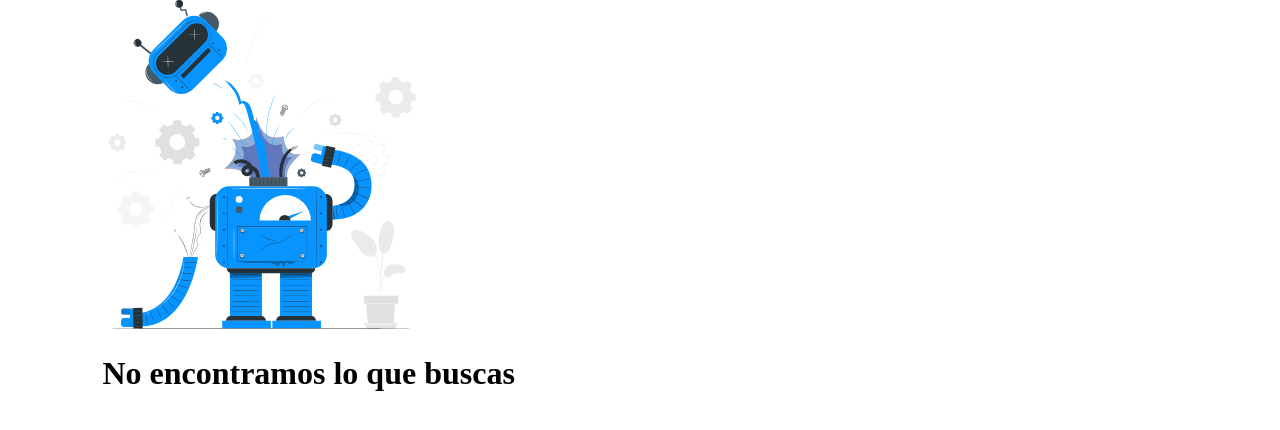
Repository: FabioMadrid/atlas_code
Page: 404.html
These files come from the project's save history. The page is drawn as it stood at one moment and after the next save; the edit follows.
The browser window is 1280 px wide. The pictures show the whole page.
Some web fonts or font styles are not loaded; a fallback is used. Some web libraries are served in a nearby version.

Above is the page before, as saved 2021-01-13 12:18:04.

After the next save:
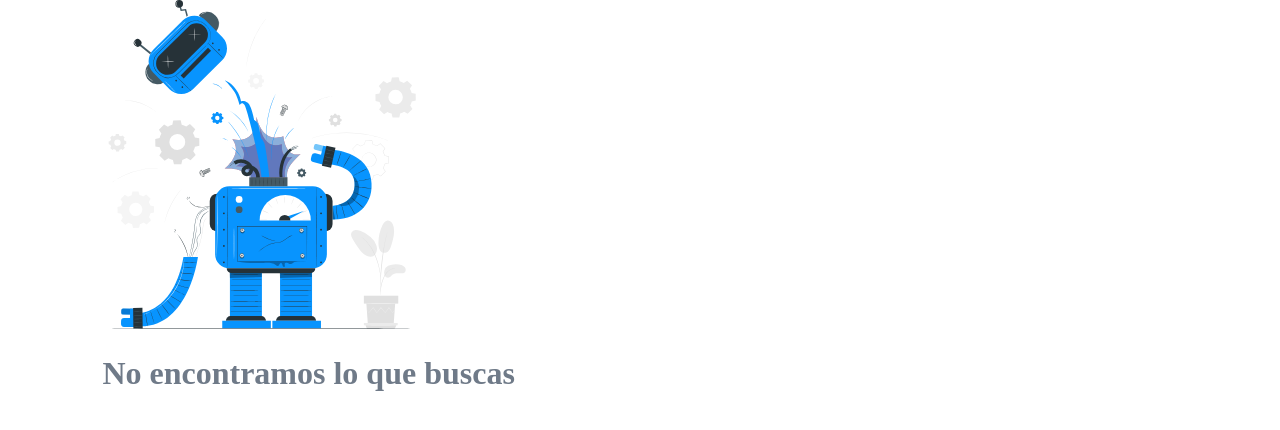
Saved 14 s later.
--- a/404.html
+++ b/404.html
@@ -16,7 +16,7 @@
         <img src="/svg/robot_explotando.svg" alt="" >
     </div>
 
-    <h1>
+    <h1 class="text">
         No encontramos lo que buscas
     </h1>
 
